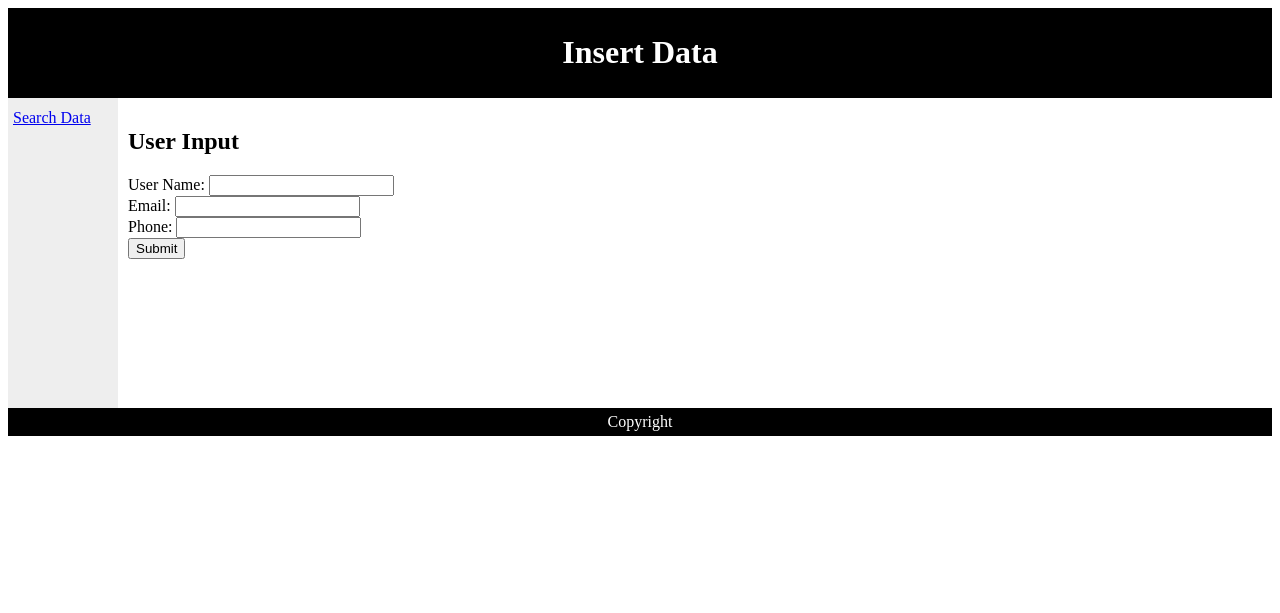
Repository: jonahnathan/techExercise
Page: webproject/src/main/webapp/simpleFormInsert.html
These files come from the project's save history. The page is drawn as it stood at one moment and after the next save; the edit follows.
The browser window is 1280 px wide. The pictures show the whole page.

Above is the page before, as saved 2024-03-22 01:55:08.

### webproject/src/main/webapp/simpleFormInsert.html
<html>
<head>
<style>
header {
    background-color:black;
    color:white;
    text-align:center;
    padding:5px;
}
nav {
    line-height:30px;
    background-color:#eeeeee;
    height:300px;
    width:100px;
    float:left;
    padding:5px;
}
section {
    width:350px;
    float:left;
    padding:10px;
}
footer {
    background-color:black;
    color:white;
    clear:both;
    text-align:center;
    padding:5px;
}
</style>
</head>

<body>
<header>
<h1> Insert Data </h1>
</header>

<nav>
<a href="/webproject/simpleFormSearch.html">Search Data</a> <br>
</nav>

<section>
	<h1>User Input</h1>

	<form action="SimpleFormInsert" method="POST">

		User Name: <input type="text" name="userName"> <br />
		Email: <input type="text" name="email"> <br />
		Phone: <input type="text" name="phone"> <br />

		<input type="submit" value="Submit" />
	</form>

</section>

<footer>
Copyright
</footer>
</body>
</html>

After the next save:
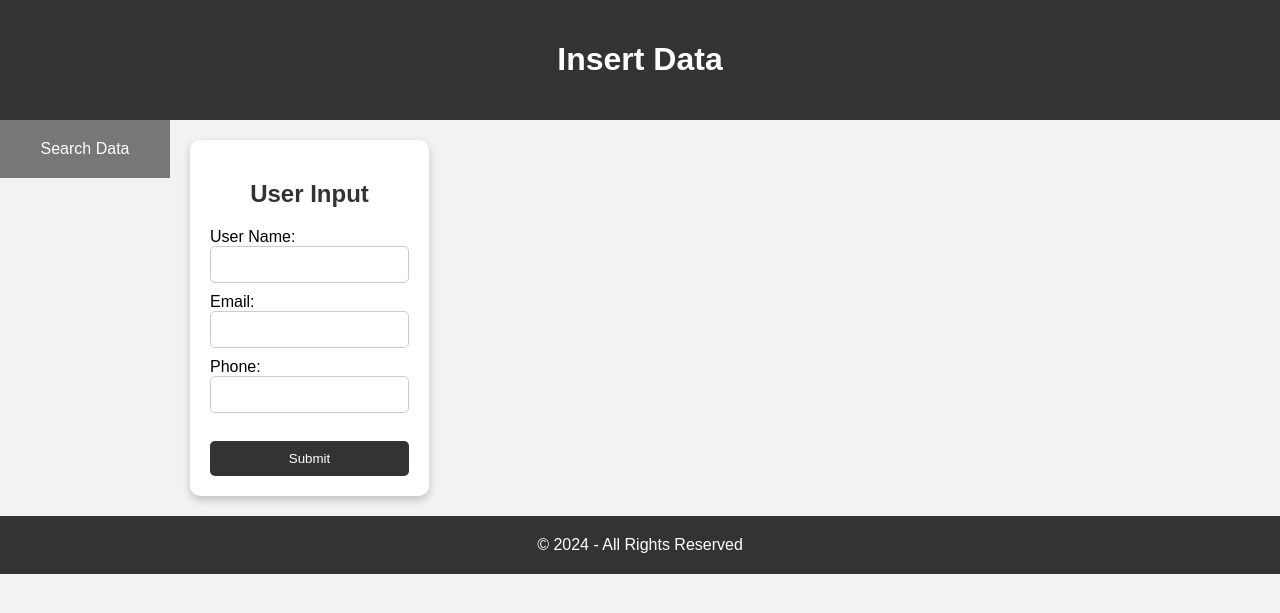
Saved 2 min 15 s later.
--- a/webproject/src/main/webapp/simpleFormInsert.html
+++ b/webproject/src/main/webapp/simpleFormInsert.html
@@ -1,60 +1,121 @@
+<!DOCTYPE html>
 <html>
 <head>
-<style>
-header {
-    background-color:black;
-    color:white;
-    text-align:center;
-    padding:5px;
-}
-nav {
-    line-height:30px;
-    background-color:#eeeeee;
-    height:300px;
-    width:100px;
-    float:left;
-    padding:5px;
-}
-section {
-    width:350px;
-    float:left;
-    padding:10px;
-}
-footer {
-    background-color:black;
-    color:white;
-    clear:both;
-    text-align:center;
-    padding:5px;
-}
-</style>
+    <title>Insert Data</title>
+    <style>
+        body {
+            font-family: Arial, sans-serif;
+            margin: 0;
+            padding: 0;
+            background-color: #f2f2f2;
+        }
+
+        header {
+            background-color: #333;
+            color: white;
+            text-align: center;
+            padding: 20px;
+        }
+
+        nav {
+            background-color: #777;
+            color: white;
+            text-align: center;
+            padding: 10px;
+            height: 100%;
+            width: 150px;
+            float: left;
+        }
+
+        nav a {
+            display: block;
+            color: white;
+            text-decoration: none;
+            padding: 10px 0;
+        }
+
+        nav a:hover {
+            background-color: #555;
+        }
+
+        section {
+            background-color: #fff;
+            float: left;
+            padding: 20px;
+            margin: 20px;
+            border-radius: 10px;
+            box-shadow: 0 4px 8px 0 rgba(0,0,0,0.2);
+        }
+
+        section h1 {
+            color: #333;
+            margin-bottom: 20px;
+            text-align: center;
+        }
+
+        form {
+            max-width: 300px;
+            margin: 0 auto;
+        }
+
+        input[type="text"] {
+            width: 100%;
+            padding: 10px;
+            margin-bottom: 10px;
+            border: 1px solid #ccc;
+            border-radius: 5px;
+            box-sizing: border-box;
+        }
+
+        input[type="submit"] {
+            width: 100%;
+            padding: 10px;
+            background-color: #333;
+            color: white;
+            border: none;
+            border-radius: 5px;
+            cursor: pointer;
+        }
+
+        input[type="submit"]:hover {
+            background-color: #555;
+        }
+
+        footer {
+            background-color: #333;
+            color: white;
+            clear: both;
+            text-align: center;
+            padding: 20px;
+        }
+    </style>
 </head>
+<body>
 
-<body>
 <header>
-<h1> Insert Data </h1>
+    <h1>Insert Data</h1>
 </header>
 
 <nav>
-<a href="/webproject/simpleFormSearch.html">Search Data</a> <br>
+    <a href="/webproject/simpleFormSearch.html">Search Data</a>
 </nav>
 
 <section>
-	<h1>User Input</h1>
-
-	<form action="SimpleFormInsert" method="POST">
-
-		User Name: <input type="text" name="userName"> <br />
-		Email: <input type="text" name="email"> <br />
-		Phone: <input type="text" name="phone"> <br />
-
-		<input type="submit" value="Submit" />
-	</form>
-
+    <h1>User Input</h1>
+    <form action="SimpleFormInsert" method="POST">
+        <label for="userName">User Name:</label><br>
+        <input type="text" id="userName" name="userName"><br>
+        <label for="email">Email:</label><br>
+        <input type="text" id="email" name="email"><br>
+        <label for="phone">Phone:</label><br>
+        <input type="text" id="phone" name="phone"><br><br>
+        <input type="submit" value="Submit">
+    </form>
 </section>
 
 <footer>
-Copyright
+    &copy; 2024 - All Rights Reserved
 </footer>
+
 </body>
 </html>

After the save that followed:
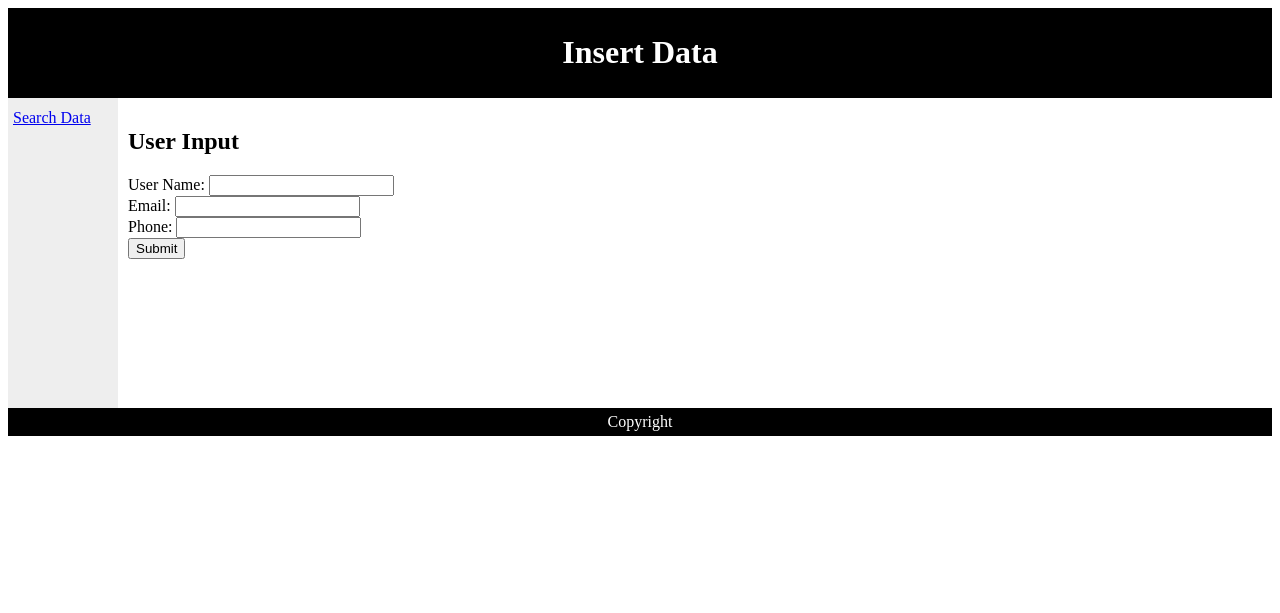
Saved 58 s later.
--- a/webproject/src/main/webapp/simpleFormInsert.html
+++ b/webproject/src/main/webapp/simpleFormInsert.html
@@ -1,121 +1,60 @@
-<!DOCTYPE html>
 <html>
 <head>
-    <title>Insert Data</title>
-    <style>
-        body {
-            font-family: Arial, sans-serif;
-            margin: 0;
-            padding: 0;
-            background-color: #f2f2f2;
-        }
+<style>
+header {
+    background-color:black;
+    color:white;
+    text-align:center;
+    padding:5px;
+}
+nav {
+    line-height:30px;
+    background-color:#eeeeee;
+    height:300px;
+    width:100px;
+    float:left;
+    padding:5px;
+}
+section {
+    width:350px;
+    float:left;
+    padding:10px;
+}
+footer {
+    background-color:black;
+    color:white;
+    clear:both;
+    text-align:center;
+    padding:5px;
+}
+</style>
+</head>
 
-        header {
-            background-color: #333;
-            color: white;
-            text-align: center;
-            padding: 20px;
-        }
-
-        nav {
-            background-color: #777;
-            color: white;
-            text-align: center;
-            padding: 10px;
-            height: 100%;
-            width: 150px;
-            float: left;
-        }
-
-        nav a {
-            display: block;
-            color: white;
-            text-decoration: none;
-            padding: 10px 0;
-        }
-
-        nav a:hover {
-            background-color: #555;
-        }
-
-        section {
-            background-color: #fff;
-            float: left;
-            padding: 20px;
-            margin: 20px;
-            border-radius: 10px;
-            box-shadow: 0 4px 8px 0 rgba(0,0,0,0.2);
-        }
-
-        section h1 {
-            color: #333;
-            margin-bottom: 20px;
-            text-align: center;
-        }
-
-        form {
-            max-width: 300px;
-            margin: 0 auto;
-        }
-
-        input[type="text"] {
-            width: 100%;
-            padding: 10px;
-            margin-bottom: 10px;
-            border: 1px solid #ccc;
-            border-radius: 5px;
-            box-sizing: border-box;
-        }
-
-        input[type="submit"] {
-            width: 100%;
-            padding: 10px;
-            background-color: #333;
-            color: white;
-            border: none;
-            border-radius: 5px;
-            cursor: pointer;
-        }
-
-        input[type="submit"]:hover {
-            background-color: #555;
-        }
-
-        footer {
-            background-color: #333;
-            color: white;
-            clear: both;
-            text-align: center;
-            padding: 20px;
-        }
-    </style>
-</head>
 <body>
-
 <header>
-    <h1>Insert Data</h1>
+<h1> Insert Data </h1>
 </header>
 
 <nav>
-    <a href="/webproject/simpleFormSearch.html">Search Data</a>
+<a href="/webproject/simpleFormSearch.html">Search Data</a> <br>
 </nav>
 
 <section>
-    <h1>User Input</h1>
-    <form action="SimpleFormInsert" method="POST">
-        <label for="userName">User Name:</label><br>
-        <input type="text" id="userName" name="userName"><br>
-        <label for="email">Email:</label><br>
-        <input type="text" id="email" name="email"><br>
-        <label for="phone">Phone:</label><br>
-        <input type="text" id="phone" name="phone"><br><br>
-        <input type="submit" value="Submit">
-    </form>
+	<h1>User Input</h1>
+
+	<form action="SimpleFormInsert" method="POST">
+
+		User Name: <input type="text" name="userName"> <br />
+		Email: <input type="text" name="email"> <br />
+		Phone: <input type="text" name="phone"> <br />
+
+		<input type="submit" value="Submit" />
+	</form>
+
 </section>
 
 <footer>
-    &copy; 2024 - All Rights Reserved
+Copyright
 </footer>
-
 </body>
 </html>
